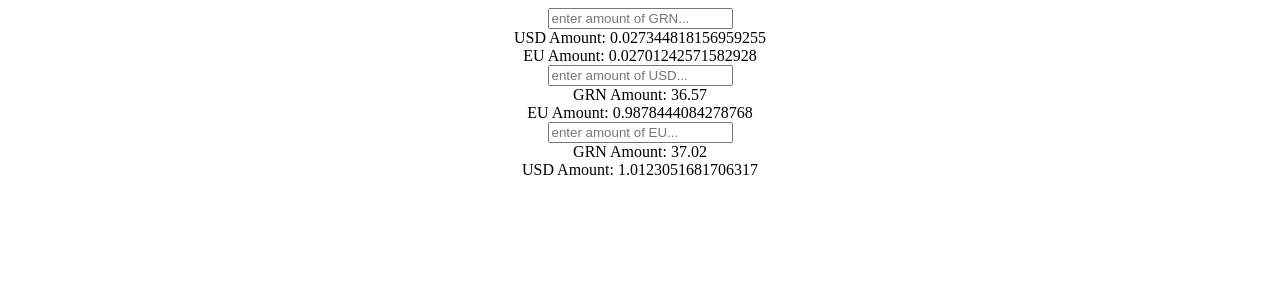
Repository: rutsguifd/mkr-test
Page: /
The author's editor kept a copy of each file at every save. The page is drawn from the files as they stood at one save, then again after the next save.
The browser window is 1280 px wide. The pictures show the whole page.
The project was rebuilt for these pictures with package versions that can differ from the ones it lists, and the page was loaded fresh each time.

Above is the page before, as saved 2022-11-10 21:05:36.

After the next save:
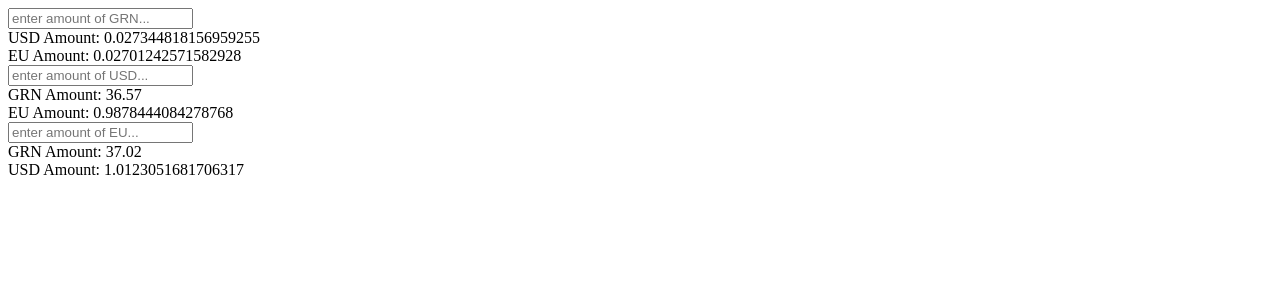
Saved 1 s later.
--- a/src/App.js
+++ b/src/App.js
@@ -1,5 +1,3 @@
-import logo from "./logo.svg";
-import "./App.css";
 import CurrencyExchanger from "./components/CurrencyExchanger";
 
 function App() {
